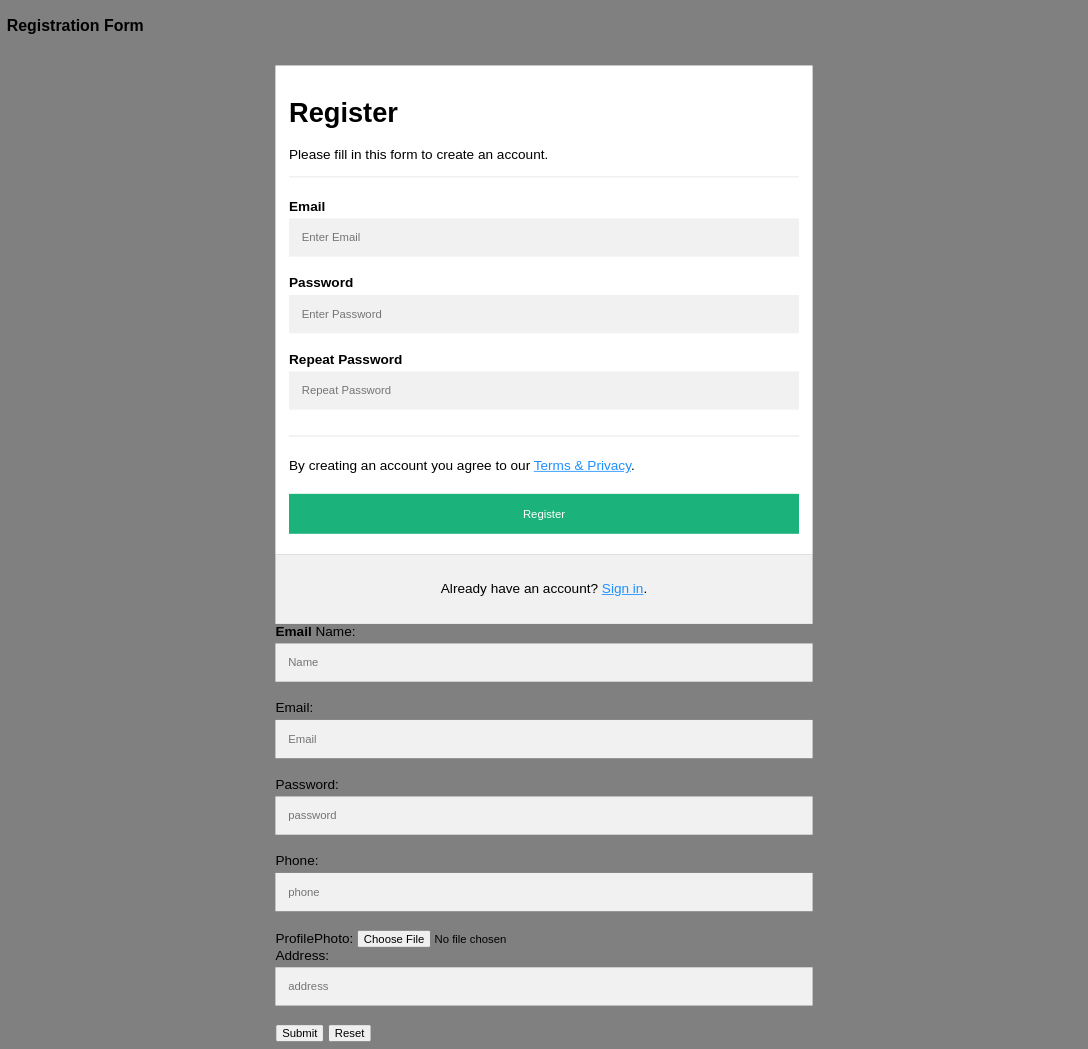
Repository: hemanthchallacs/learning_spring_boot
Page: http://localhost/RegistrationForm
These files come from the project's save history. The page is drawn as it stood at one moment and after the next save; the edit follows.
The browser window is 1280 px wide. The pictures show the whole page, at 85% of full size.
The page is this project's Thymeleaf template; nobody is signed in. The template is opened directly, without the code that normally fills it, so the values that code supplies are empty.

Above is the page before, as saved 2021-07-12 17:00:35.

### ver1_elearning/src/main/resources/templates/RegistrationForm.html
<!DOCTYPE html>
<html xmlns:th ="http://www.thymeleaf.org">
<head>
<meta charset="ISO-8859-1">
<title>Registration from</title>
<style>
div {

  height: 50%;
  width: 50%;



	margin: auto;
}
body {
  font-family: Arial, Helvetica, sans-serif;
  background-color: gray;
}

* {
  box-sizing: border-box;
}

/* Add padding to containers */
.container {
  padding: 16px;
  background-color: white;
}

/* Full-width input fields */
input[type=text], input[type=password] {
  width: 100%;
  padding: 15px;
  margin: 5px 0 22px 0;
  display: inline-block;
  border: none;
  background: #f1f1f1;
}

input[type=text]:focus, input[type=password]:focus {
  background-color: #ddd;
  outline: none;
}

/* Overwrite default styles of hr */
hr {
  border: 1px solid #f1f1f1;
  margin-bottom: 25px;
}

/* Set a style for the submit button */
.registerbtn {
  background-color: #04AA6D;
  color: white;
  padding: 16px 20px;
  margin: 8px 0;
  border: none;
  cursor: pointer;
  width: 100%;
  opacity: 0.9;
}

.registerbtn:hover {
  opacity: 1;
}

/* Add a blue text color to links */
a {
  color: dodgerblue;
}

/* Set a grey background color and center the text of the "sign in" section */
.signin {
  background-color: #f1f1f1;
  text-align: center;
}
</style>
</head>
<body>
<h3>Registration Form</h3>
<br>


<form action="/action_page.php">
  <div class="container">
    <h1>Register</h1>
    <p>Please fill in this form to create an account.</p>
    <hr>

    <label for="email"><b>Email</b></label>
    <input type="text" placeholder="Enter Email" name="email" id="email" required>

    <label for="psw"><b>Password</b></label>
    <input type="password" placeholder="Enter Password" name="psw" id="psw" required>

    <label for="psw-repeat"><b>Repeat Password</b></label>
    <input type="password" placeholder="Repeat Password" name="psw-repeat" id="psw-repeat" required>
    <hr>
    <p>By creating an account you agree to our <a href="#">Terms & Privacy</a>.</p>

    <button type="submit" class="registerbtn">Register</button>
  </div>

  <div class="container signin">
    <p>Already have an account? <a href="#">Sign in</a>.</p>
  </div>
</form>

<div>


<form th:action=@{/registerUser}  th:object=${newuser}  method="post" enctype="multipart/form-data">
<!--  UserID:<input type="text" placeholder= "UserID" th:field=*{user_id}>-->
 <label for="email"><b>Email</b></label>
Name:<input type="text" placeholder= "Name" th:field=*{name}>
Email:<input type="text" placeholder= "Email" th:field=*{email}>
Password:<input type="password" placeholder= "password" th:field=*{password}>
Phone:<input type="text" placeholder= "phone" th:field=*{phone_no}>
ProfilePhoto:
<input type="file" accept="image/*"name="image">
<br>
Address:<input type="text" placeholder= "address" th:field=*{address}>

<input type="submit" name="Register">
<input type="reset" name= "Reset">



</form>

</div>
</body>
</html>

After the next save:
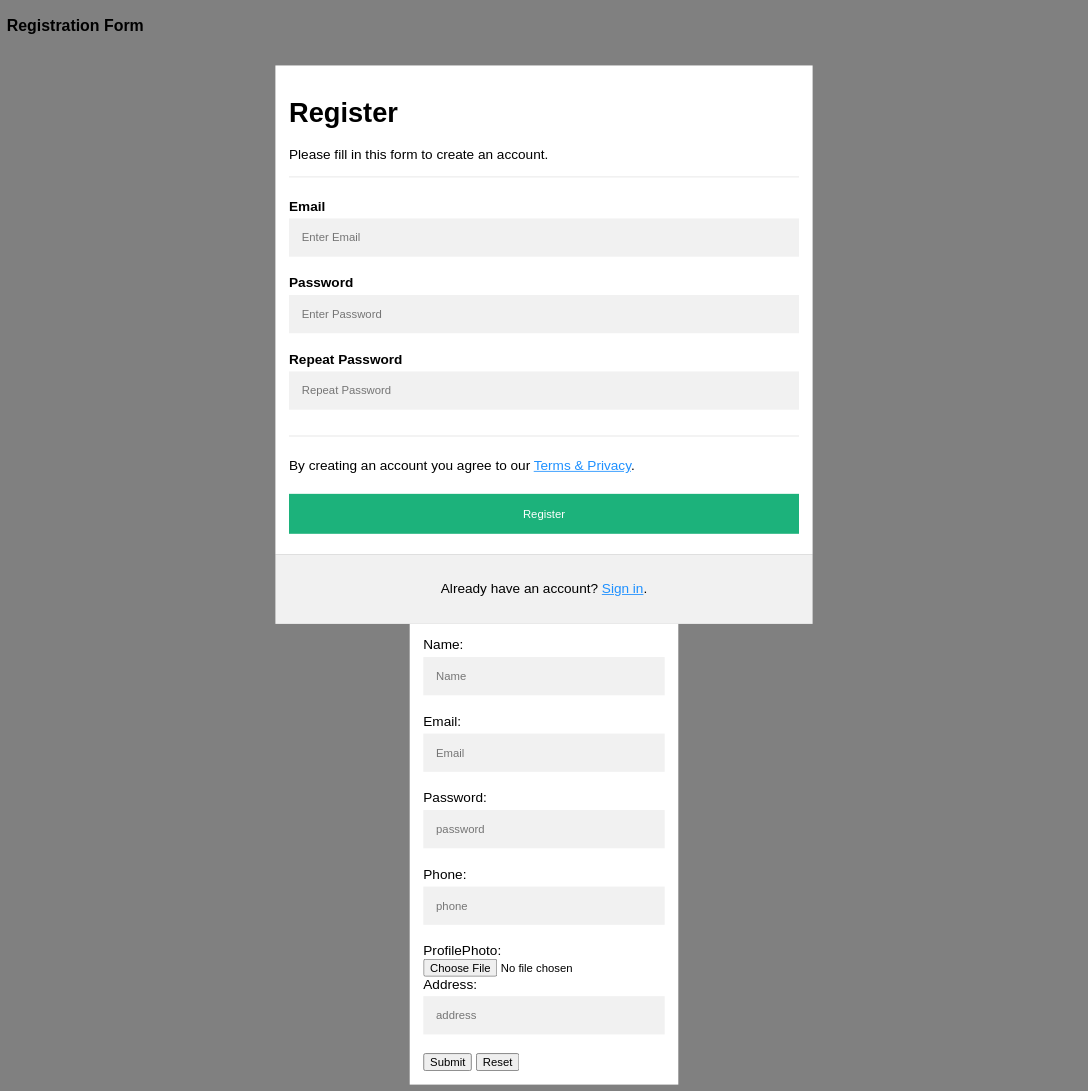
Saved 66 s later.
--- a/ver1_elearning/src/main/resources/templates/RegistrationForm.html
+++ b/ver1_elearning/src/main/resources/templates/RegistrationForm.html
@@ -112,7 +112,7 @@ a {
 
 <form th:action=@{/registerUser}  th:object=${newuser}  method="post" enctype="multipart/form-data">
 <!--  UserID:<input type="text" placeholder= "UserID" th:field=*{user_id}>-->
- <label for="email"><b>Email</b></label>
+  <div class="container">
 Name:<input type="text" placeholder= "Name" th:field=*{name}>
 Email:<input type="text" placeholder= "Email" th:field=*{email}>
 Password:<input type="password" placeholder= "password" th:field=*{password}>
@@ -124,7 +124,7 @@ Address:<input type="text" placeholder= "address" th:field=*{address}>
 
 <input type="submit" name="Register">
 <input type="reset" name= "Reset">
-
+</div>
 
 
 </form>
